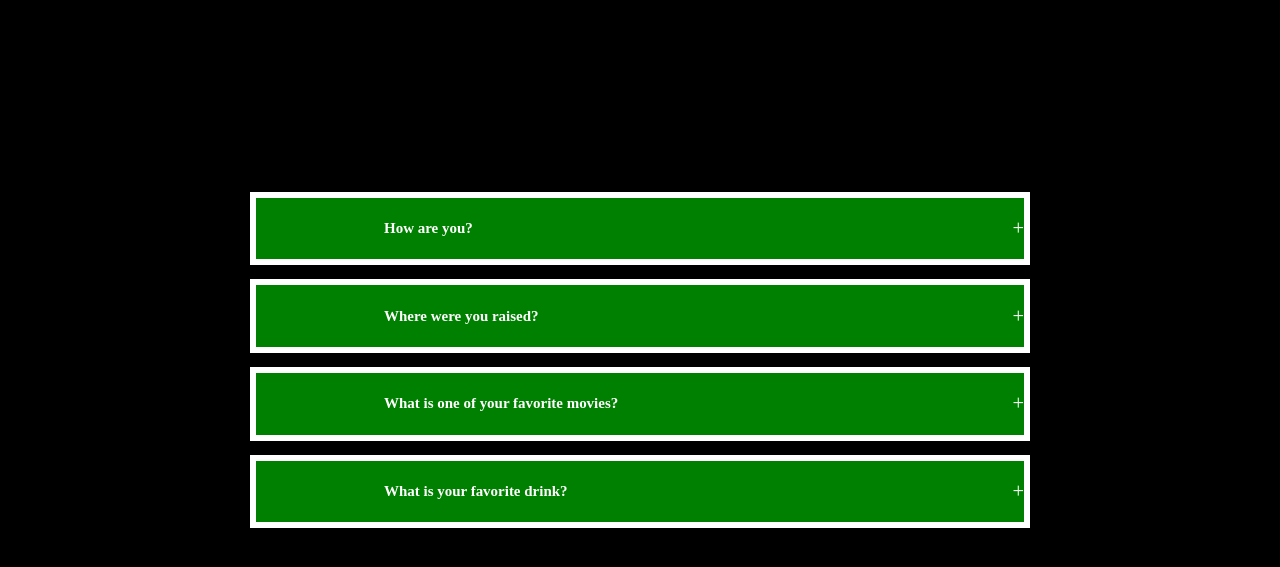
Repository: kosenijr/react-projects
Page: / (app in accordion/)
These files come from the project's save history. The page is drawn as it stood at one moment and after the next save; the edit follows.
The browser window is 1280 px wide. The pictures show the whole page.
The project was rebuilt for these pictures with package versions that can differ from the ones it lists, and the page was loaded fresh each time.

Above is the page before, as saved 2024-03-02 23:37:43.

### accordion/src/App.js
import React from "react";
import "./App.css";
import SingleSelection from "./components/SingleSelection";

function App() {
  return (
    <div className="App">
      <SingleSelection />
    </div>
  );
}

export default App;

### accordion/src/components/SingleSelection.js
import React, { useState } from "react";
import "../styles/SingleSelection.css";
import data from "../data";

function Accordion() {
  // setting up useState
  const [selected, setSelected] = useState(null);
  // setting up handling
  const handleSingleSelection = (getCurrentId) => {
    console.log(selected, getCurrentId);
    // setSelected(getCurrentId === selected ? null : getCurrentId); // keep add condition for closure
    setSelected(selected !== getCurrentId ? getCurrentId : null);
  };

  return (
    <div className="wrapper">
      {/* single selection accordion */}
      <div className="accordion">
        {data && data.length > 0 ? (
          data.map((dataItem) => (
            <div className="item" key={dataItem.id}>
              {" "}
              {/* always remember to add key */}
              <div className="title">
                <h3>{dataItem.question}</h3>
                <span onClick={() => handleSingleSelection(dataItem.id)}>{selected === dataItem.id ? "-" : "+"}</span>
              </div>
              {selected === dataItem.id ? (
                <div className="content ">{dataItem.jargon}</div>
              ) : null}
            </div>
          ))
        ) : (
          <div>No data found!</div>
        )}
      </div>
    </div>
  );
}

export default Accordion;

### accordion/src/styles/SingleSelection.css
.wrapper {
  display: flex;
  justify-content: center;
  align-items: center;
  height: 100vh;
  width: 100vw;
  background-color: black;
  color: white;
}

.item {
  background-color: green;
  color: white;
  font-size: 0.8em;
  font-family: "Raleway", "Times New Roman";
  margin: 2vh 0;
  padding: 1vh 0 1vh 10vw;
  width: 50vw;
  border: 0.5em solid white;
  cursor: pointer;
}

.title {
  display: flex;
  justify-content: space-between;
  align-items: center;
}

span {
  font-size: 1.6em;;
}

.content {
  font-size: 1.2em;
  font-family:  "Raleway", "Times New Roman";
  font-weight: 600;
}

### accordion/src/data.js
const data = [
  {
    id: 1,
    question: "How are you?",
    answer: "I am well!",
    jargon: "Utilizing a microservices architecture with containerization via Kubernetes orchestration, our DevOps team employs continuous integration and delivery pipelines to streamline software deployment workflows."
  },

  {
    id: 2,
    question: "Where were you raised?",
    answer: "I was raised in Queens.",
    jargon: "Utilizing a microservices architecture with containerization via Kubernetes orchestration, our DevOps team employs continuous integration and delivery pipelines to streamline software deployment workflows."
  },

  {
    id: 3,
    question: "What is one of your favorite movies?",
    answer: "Harlem Nights",
    jargon: "Utilizing a microservices architecture with containerization via Kubernetes orchestration, our DevOps team employs continuous integration and delivery pipelines to streamline software deployment workflows."
  },

  {
    id: 4,
    question: "What is your favorite drink?",
    answer: "Water",
    jargon: "Utilizing a microservices architecture with containerization via Kubernetes orchestration, our DevOps team employs continuous integration and delivery pipelines to streamline software deployment workflows."
  },
];

export default data;

Loaded but not shown: accordion/public/index.html (common file); accordion/src/index.js (common file); accordion/src/index.css (common file); accordion/src/reportWebVitals.js (common file); accordion/src/App.css (common file)

After the next save:
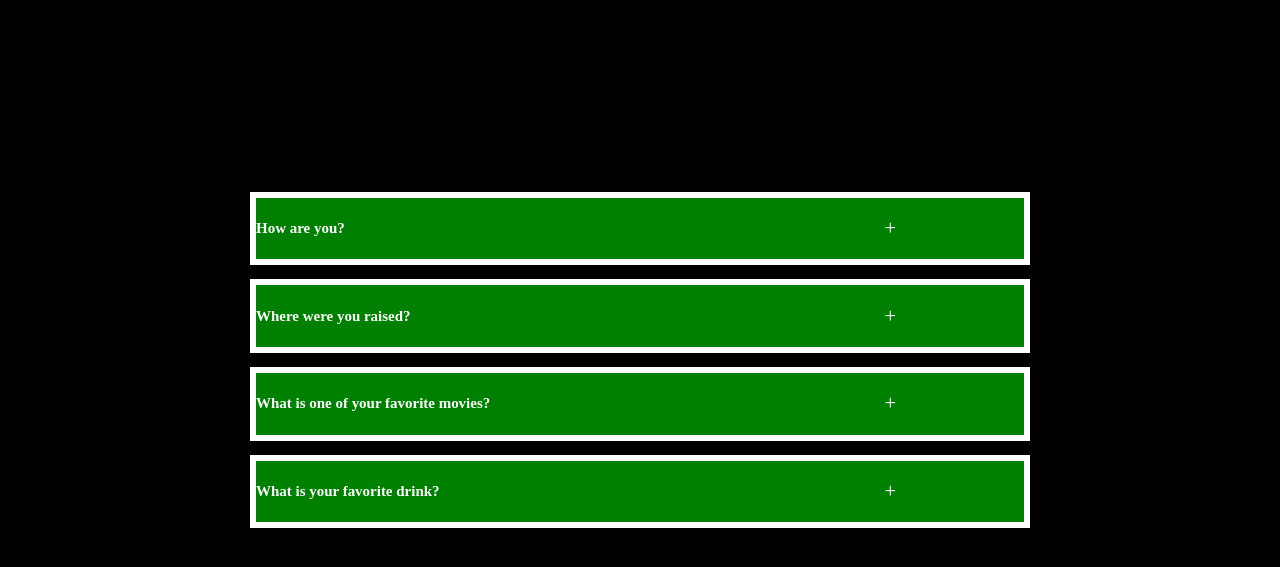
Saved 15 s later.
--- a/accordion/src/styles/SingleSelection.css
+++ b/accordion/src/styles/SingleSelection.css
@@ -14,7 +14,7 @@
   font-size: 0.8em;
   font-family: "Raleway", "Times New Roman";
   margin: 2vh 0;
-  padding: 1vh 0 1vh 10vw;
+  padding: 1vh 10vw 1vh 0;
   width: 50vw;
   border: 0.5em solid white;
   cursor: pointer;
